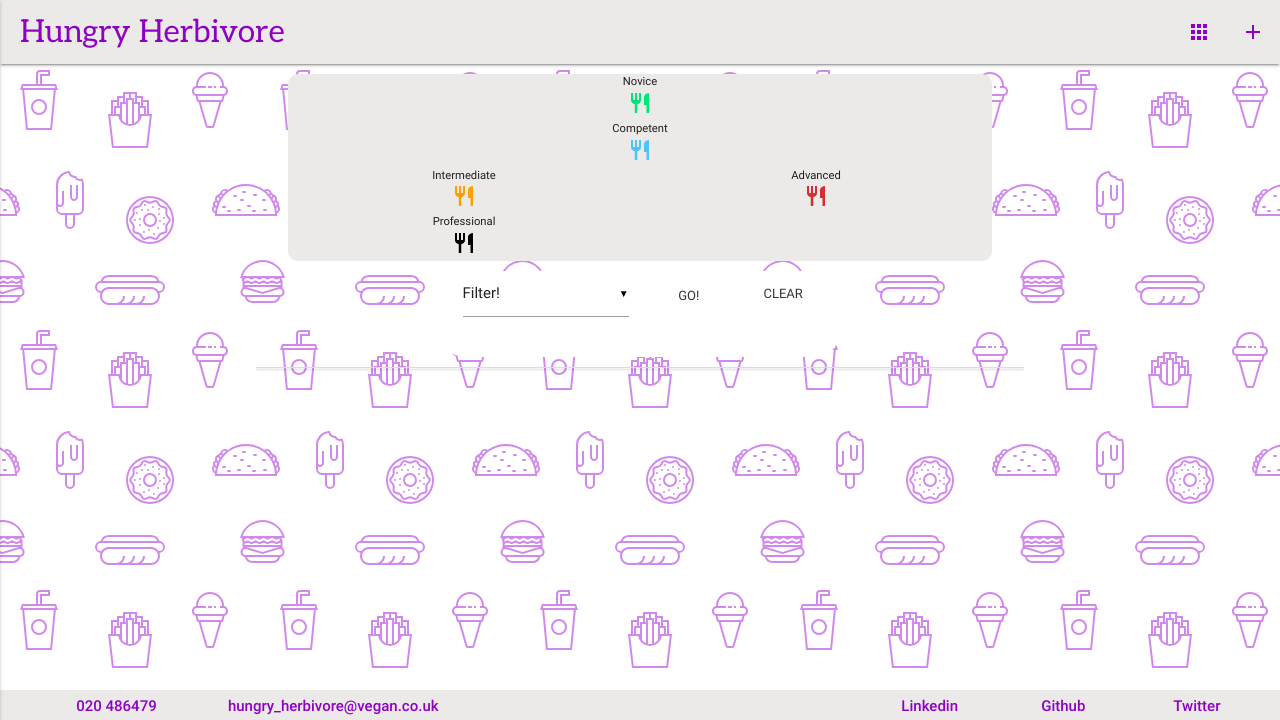
Repository: tgarratt/HungryHerbivore-Milestone3
Page: templates/recipes.html
The author's editor kept a record of every edit. The page is drawn from the files as they stood at one moment, then again after the next edit.
The browser window is 1280 px wide. The pictures show the whole page.
The template is drawn by Flask 3. The application's start-up code is not run. Other server files are loaded and not shown. The template is opened directly, without the code that normally fills it, so the values that code supplies are empty.

Above is the page before.

### templates/recipes.html
{% extends 'parent.html'%} {% block content %}

<!--------------------------------------------------------------------------------- KEY START --->

<div class="key-content mobile-key row">
    <div class="col s12 m2.4 l2.4 key-info key-width">
        <div class="mobile-key-text-novice">Novice</div>
        <i class="material-icons novice mobile-hide">restaurant</i>
    </div>
    <div class="col s12 m2.4 l2.4 key-info key-width">
        <div class="mobile-key-text-competent"> Competent</div>
        <i class="material-icons competent mobile-hide">restaurant</i>
    </div>
    <div class="col s6 m2.4 l2.4 key-info key-width">
        <div class="mobile-key-text-intermediate"> Intermediate</div>
        <i class="material-icons intermediate mobile-hide">restaurant</i>
    </div>
    <div class="col s6 m2.4 l2.4 key-info key-width">
        <div class="mobile-key-text-advanced"> Advanced</div>
        <i class="material-icons advanced mobile-hide">restaurant</i>
    </div>
    <div class="col s6 m2.4 l2.4 key-info key-width">
        <div class="mobile-key-text-professional"> Professional</div>
        <i class="material-icons professional mobile-hide">restaurant</i>
    </div>

</div>

<!--------------------------------------------------------------------------------- KEY END --->
<!--------------------------------------------------------------------------------- FILTER START --->

<div class="search-form row filter-mobile">
    <div class="row col m12">
        <form>
            <div class="col s6 m6 select-dropdown">
                <select name="difficulty-filter" id="difficulty-filter" required>
                    <option value="1" disabled selected>Filter!</option>
                    <option value="1">novice</option>
                    <option value="2">competent</option>
                    <option value="3">intermediate</option>
                    <option value="4">advanced</option>
                    <option value="5">professional</option>
                </select>
            </div>
            <div class="col s6 m3">
                <button class="waves-effect waves-teal btn-flat search-button-hover search-button" type="submit" name="action">Go!</button>
            </div>
        </form>
        <div class="col m3">
            <a href="{{url_for('get_recipes')}}" class="waves-effect waves-teal btn-flat search-button-hover search-button mobile-hide">Clear</a>
        </div>
    </div>
</div>

<!--------------------------------------------------------------------------------- FILTER END --->
<!--------------------------------------------------------------------------------- RECIPE CONTENT START --->

<div class="page-content-recipes">
    <ul class="collapsible" data-collapsible="accordion">
        {% for recipe in recipes %}
        <li>
            <div class="collapsible-header row">
                <div class="col s1 m1 l1">
                    <i class="col s1 material-icons icon-size
                {% if recipe.difficulty == "1" %}
                green-text text-accent-3
                {% elif recipe.difficulty == "2" %}
                light-blue-text text-lighten-2
                {% elif recipe.difficulty == "3" %}
                amber-text text-darken-2
                {% elif recipe.difficulty == "4" %}
                red-text text-darken-2
                {% elif recipe.difficulty == "5" %}
                black-text
                {% endif %}">restaurant </i>
                </div>
                <div class="col s11 m11 l7">
                    <strong>{{recipe.meal_name}}</strong> - {{recipe.meal_time}}
                </div>
                <div class="col s6 m6 l2">
                    <a href="{{url_for('view_recipe', recipe_id=recipe._id)}}" class="waves-effect waves-light btn buttons-recipes buttons-hover">Recipe</a>
                </div>
                <div class="col s6 m6 l2">
                    <a href="{{url_for('modify_recipe', recipe_id=recipe._id)}}" class="waves-effect waves-light btn buttons-recipes buttons-hover">Modify</a>
                </div>
            </div>
            <div class="collapsible-body">
                <span>
                <div>
                    <div><strong>Comments:</strong></div>
                    <div>{{recipe.meal_comment}}</div>
                </div>
            </span>
            </div>
        </li>
        {% endfor %}
    </ul>
</div>

<!--------------------------------------------------------------------------------- RECIPE CONTENT END --->

{% endblock %}

### templates/parent.html
<!DOCTYPE html>
<html>

<!--------------------------------------------------------------------------------- HEAD START --->

<head>
    <link href="https://fonts.googleapis.com/icon?family=Material+Icons" rel="stylesheet">
    <link href='https://fonts.googleapis.com/css?family=Aleo' rel='stylesheet'>
    <link rel="stylesheet" href="https://cdnjs.cloudflare.com/ajax/libs/materialize/0.100.2/css/materialize.min.css">
    <link rel="stylesheet" href="{{url_for('static', filename='css/style.css')}}" type="text/css" />
</head>

<!--------------------------------------------------------------------------------- HEAD END --->
<!--------------------------------------------------------------------------------- NAV BAR START --->

<body>
    <header>
        <nav class="targeted-nav">
            <div class="nav-wrapper">
                <a href="{{url_for('get_recipes')}}" class="brand-logo nav-text nav-logo nav-head-mobile">Hungry Herbivore</a>
                <a href="#" data-activates="mobile-demo" class="button-collapse nav-text"><i class="material-icons">menu</i></a>
                <ul class="right mobile-hide">
                    <li><a href="{{url_for('get_recipes')}}"><i class="material-icons nav-text">apps</i></a></li>
                    <li><a href="{{url_for('add_recipe')}}"><i class="material-icons nav-text">add</i></a></li>
                </ul>
                <ul class="side-nav" id="mobile-demo">
                    <li><a href="{{url_for('get_recipes')}}" class="mobile-nav-hover">Home</a></li>
                    <li><a href="{{url_for('add_recipe')}}" class="mobile-nav-hover">Add recipe</a></li>
                </ul>
            </div>
        </nav>
    </header>

    <!--------------------------------------------------------------------------------- NAV BAR END --->

    {% block content %} {% endblock %}

    <!--------------------------------------------------------------------------------- FOOTER START --->

    <div>
        <footer>
            <div class="footer-text row">
                <div class="col s4 m4 row">
                    <div class="col m6 mobile-hide">020 486479</div>
                    <div class="col s12 m6">hungry_herbivore@vegan.co.uk</div>
                </div>
                <div class="col s0 m4 "></div>
                <div class="col s8 m4 row">
                    <a href="https://www.linkedin.com/in/tom-garratt-303284168/" target="_blank">
                        <div class="col s6 m4 footer-hover footer-link">
                            Linkedin
                        </div>
                    </a>
                    <a href="https://github.com/tgarratt" target="_blank">
                        <div class="col s6 m4 footer-hover footer-link">
                            Github
                        </div>
                    </a>
                    <a href="N/A" target="_blank">
                        <div class="col m4 footer-hover footer-link mobile-hide">
                            Twitter
                        </div>
                    </a>
                </div>
            </div>
        </footer>
    </div>

    <!--------------------------------------------------------------------------------- FOOTER END --->
    <!--------------------------------------------------------------------------------- DJANGO START --->

    <script src="https://cdnjs.cloudflare.com/ajax/libs/jquery/3.4.1/jquery.min.js" integrity="sha256-CSXorXvZcTkaix6Yvo6HppcZGetbYMGWSFlBw8HfCJo=" crossorigin="anonymous"></script>
    <script src="https://cdnjs.cloudflare.com/ajax/libs/materialize/0.100.2/js/materialize.min.js"></script>
    <script type="text/javascript" src="display/js/main.js"></script>
    <script type="text/javascript">
        $(document).ready(function() {
            $('.collapsible').collapsible();
            $('select').material_select();
            $(".button-collapse").sideNav();
        });
    </script>

    <!--------------------------------------------------------------------------------- DJANGO END --->

</body>

</html>

### static/css/style.css
/*--------------------------------------------- MAIN TAG CLASSES */

body {
    background-color: #ffffff;
    background-image: url("data:[embedded picture, 9922 characters]");
    padding-bottom: 30px;
    margin: 0px;
}

/*--------------------------------------------- GENERAL */

.page-content {
    background-color: #ECE9E9;
    margin-top: 10px;
    margin-bottom: 10px;
    margin-left: auto;
    margin-right: auto;
    width: 65em;
    border-radius: 25px;
}

.page-content-recipes {
    background-color: #ECE9E9;
    margin-top: 10px;
    margin-bottom: 10px;
    margin-left: auto;
    margin-right: auto;
    width: 60%;
}

.buttons {
    margin: 8px;
    background-color: #8E00C3 !important;
}

.buttons-hover:hover {
    background-color: #ECE9E9 !important;
    color: #8E00C3;
    transition: 0.5s;
}

.key-width {
    width: 20%
}

.margin-auto {
    margin: 0 auto;
}

.float-right {
    float: right;
}

/*--------------------------------------------- NAV BAR */

.targeted-nav {
    width: 100% !important;
    background-color: #ECE9E9 !important;
}

.nav-logo {
    font-family: 'Aleo';
    margin-left: 20px;
}

.nav-text {
    color: #8E00C3 !important;
}

.nav-icon {
    font-size: 25px;
}

.mobile-nav-hover:hover {
    background-color: #B989CA !important
}

/*--------------------------------------------- RECIPES */

.icon-size {
    font-size: 150%;
}

.buttons-recipes {
    margin: 8px;
    background-color: #8E00C3 !important;
    display: block !important;
}

/*--------------------------------------------- KEY */

.novice {
    color: #00e676 !important;
}

.competent {
    color: #4fc3f7 !important;
}

.intermediate {
    color: #ffa000 !important;
}

.advanced {
    color: #d32f2f !important;
}

.professional {
    color: #000000 !important;
}

.key-content {
    background-color: #ECE9E9;
    margin-top: 10px;
    margin-bottom: 10px;
    margin-left: auto;
    margin-right: auto;
    width: 55%;
    border-radius: 10px;

}

.key-info {
    font-size: 75%;
    margin: 0 auto;
    display: inline-block;
    text-align: center;
}

/*--------------------------------------------- FILTER */

.search-button {
    width: 75px !important;
    height: 50px !important;
    font-size: small !important;
    text-align: center;
    border: 5px;
    padding: 5px;
    display: inline-block;
}

.select-dropdown {
    width: 400px;
    border: 5px;
    padding: 5px;
}

.search-form {
    margin-top: 5px;
    margin-bottom: 5px;
    margin-left: auto;
    margin-right: auto;
    width: 400px;
    border-radius: 25px;
    background-color: #ffffff;
}

.search-button-hover:hover {
    background-color: #ECE9E9;
    color: #8E00C3;
    transition: 0.5s;
}

/*--------------------------------------------- MODIFY RECIPE */

.button-delete {
    margin: 8px;
    background-color: #bb2124!important;
}

.delete-interact:hover {
    background-color: #F92E32 !important;
}

/*--------------------------------------------- VIEW RECIPE */

.recipe-header {
    text-align: center;
    margin: 15px;
    border-radius: 25px;
}

.recipe-content {
    margin: 20px;
    background-color: #DADADA;
    border-radius: 25px;
    border: 10px;
}

.recipe-element {
    margin-top: 5px;
    margin-bottom: 5px;
}

/*--------------------------------------------- FOOTER */

footer {
    width: 100%;
    background-color: #ECE9E9;
    color: #8E00C3;
    position: fixed;
    left: 0px;
    bottom: 0px;
    height: 30px;
}

.footer-text {
    text-align: center;
    font-weight: 500;
    margin: 5px;
}

.footer-hover:hover {
    color: #BB2FF1 !important;
}

.footer-link {
    text-decoration: none;
    color: #8E00C3 !important;
}

/*--------------------------------------------- MEDIA */

/*---------------------------------- MOBILE */

@media(max-width: 767px) {
    .mobile-key-text-novice {
        color: #00e676 !important;
    }
    .mobile-key-text-competent {
        color: #4fc3f7 !important;
    }
    .mobile-key-text-intermediate {
        color: #ffa000 !important;
    }
    .mobile-key-text-advanced {
        color: #d32f2f !important;
    }
    .mobile-key-text-professional {
        color: #000000 !important;
    }
    .mobile-hide {
        display: none;
    }
    .mobile-key {
        width: 90%;
        font-size: 20px;
    }
    .form-margin {
        margin-top: 10px;
        margin-bottom: 10px;
    }
    .nav-head-mobile {
        font-size: 24px !important;
    }
    .filter-mobile {
        width: 225px;
    }
}

/*---------------------------------- MOBILE ONLY */

@media(min-width: 768px) {
    .mobile-only {
        display: none;
    }


}

Loaded but not shown: static/js/main.js (no copy from this time; the picture is the same without it)

After the next edit:
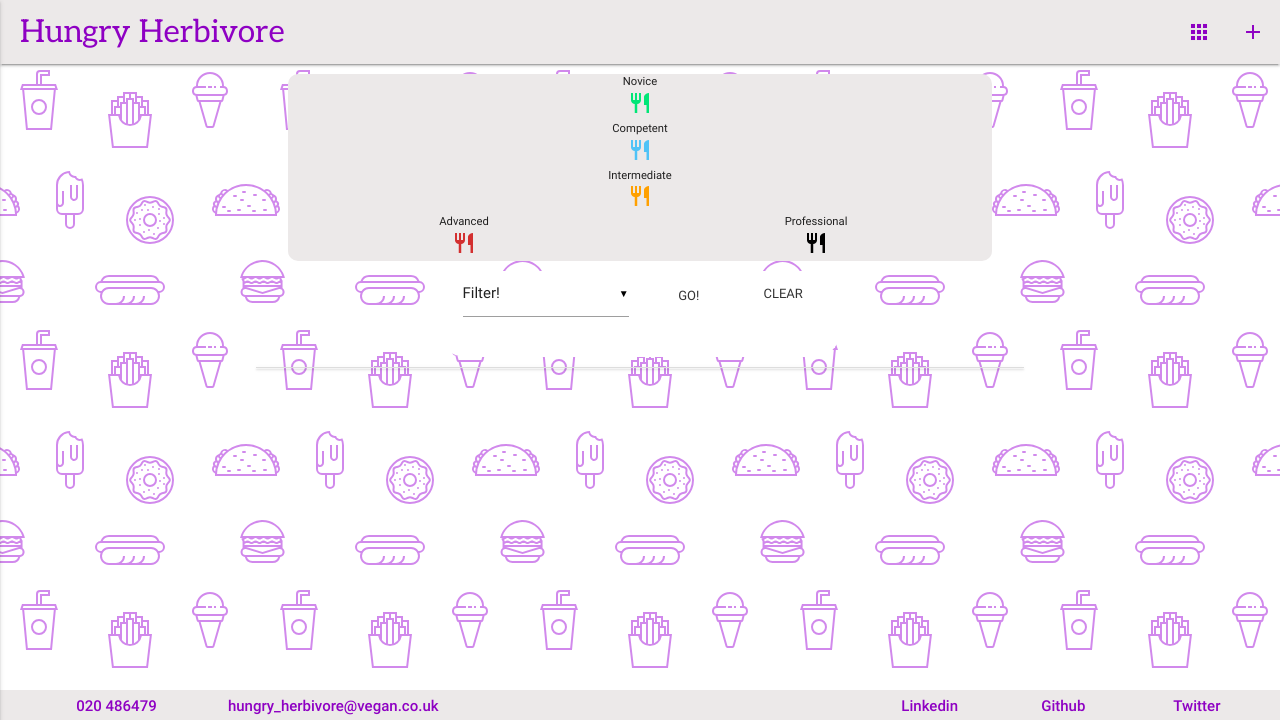
The edit:
--- a/templates/recipes.html
+++ b/templates/recipes.html
@@ -11,7 +11,7 @@
         <div class="mobile-key-text-competent"> Competent</div>
         <i class="material-icons competent mobile-hide">restaurant</i>
     </div>
-    <div class="col s6 m2.4 l2.4 key-info key-width">
+    <div class="col s12 m2.4 l2.4 key-info key-width">
         <div class="mobile-key-text-intermediate"> Intermediate</div>
         <i class="material-icons intermediate mobile-hide">restaurant</i>
     </div>
